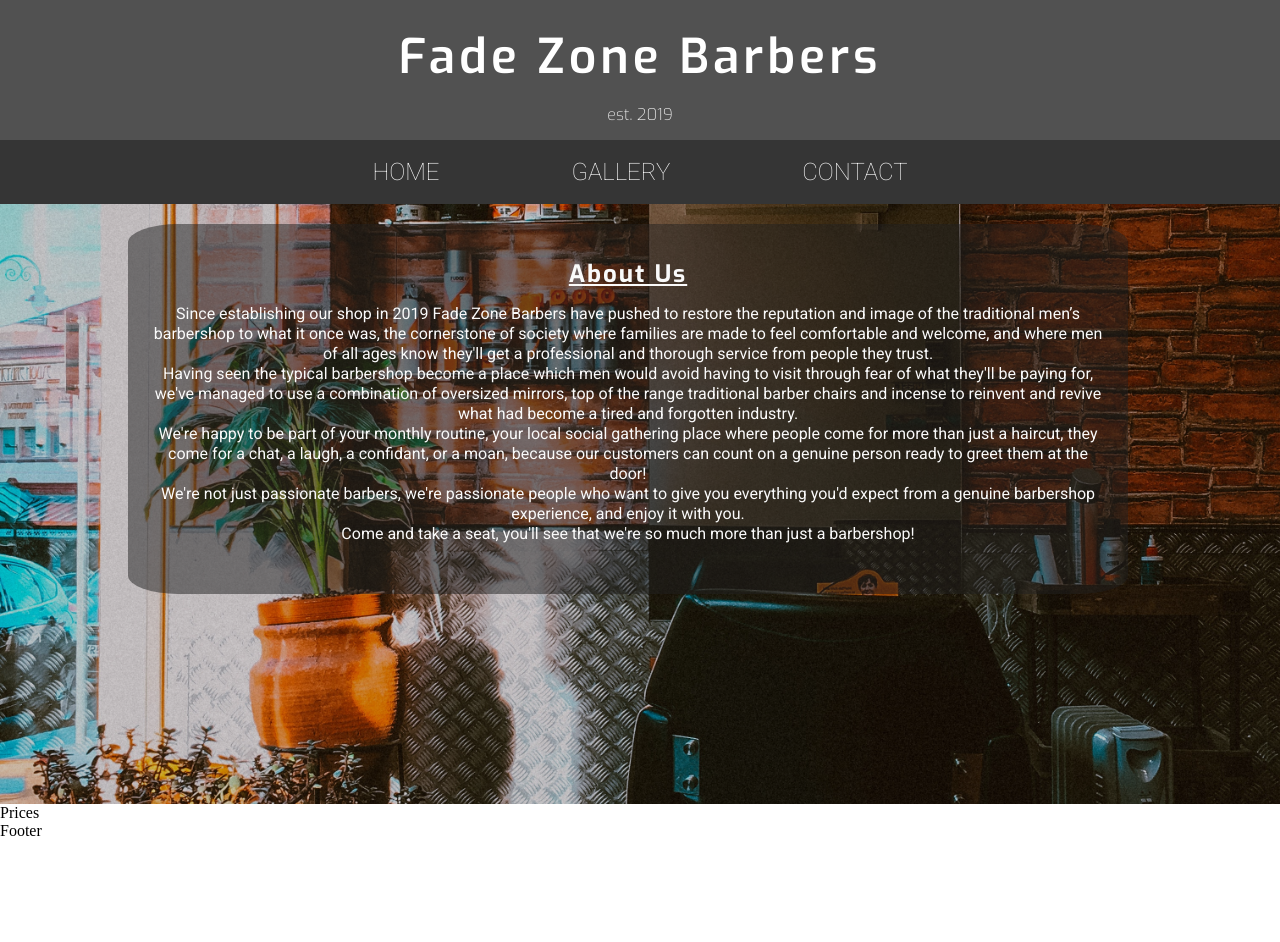
Repository: Boofy360/fade-zone-barbers
Page: index.html
The author's editor kept a record of every edit. The page is drawn from the files as they stood at one moment, then again after the next edit.
The browser window is 1280 px wide. The pictures show the whole page.

Above is the page before.

### index.html
<!DOCTYPE html>
<html lang="en">

<head>
    <meta charset="UTF-8">
    <meta name="viewport" content="width=device-width, initial-scale=1.0">
    <meta http-equiv="X-UA-Compatible" content="ie=edge">
    <link rel="stylesheet" href="assets/css/style.css" type="text/css" />
    <link rel="stylesheet" href="https://maxcdn.bootstrapcdn.com/font-awesome/4.7.0/css/font-awesome.min.css" type="text/css" />
    <link rel="stylesheet" href="https://cdnjs.cloudflare.com/ajax/libs/hover.css/2.3.1/css/hover-min.css" type="text/css" />
    <title>Document</title>
</head>

<body>
    <header>
        <div id="heading">
            <h1>Fade Zone Barbers</h1>
            <h2>est. 2019</h2>
            <!----------Figure out how to center---------->
        </div>
    </header>
    <nav>
        <ul id="navbar">
            <li>
                <a href="#">Home</a>
            </li>
            <li>
                <a href="#">Gallery</a>
            </li>
            <li>
                <a href="#">Contact</a>
            </li>
        </ul>
    </nav>
    <section>
        <div id="hero-outer">
            <div id="hero-image">
                <div id="cover-text">
                    <h2>About Us</h3>
                        <p>Since establishing our shop in 2019 Fade Zone Barbers have pushed to restore the reputation and image of the traditional men’s barbershop to what it once was, the cornerstone of society where families are made to feel comfortable
                            and welcome, and where men of all ages know they'll get a professional and thorough service from people they trust.<br>Having seen the typical barbershop become a place which men would avoid having to visit through fear of what
                            they'll be paying for, we've managed to use a combination of oversized mirrors, top of the range traditional barber chairs and incense to reinvent and revive what had become a tired and forgotten industry.<br>We're happy to be
                            part of your monthly routine, your local social gathering place where people come for more than just a haircut, they come for a chat, a laugh, a confidant, or a moan, because our customers can count on a genuine person ready
                            to greet them at the door!<br>We're not just passionate barbers, we're passionate people who want to give you everything you'd expect from a genuine barbershop experience, and enjoy it with you.<br>Come and take a seat, you'll see
                            that we're so much more than just a barbershop!
                        </p>
                </div>
            </div>
        </div>
    </section>
    <section>
        Prices
    </section>
    <footer>
        Footer
    </footer>
</body>

</html>

### assets/css/style.css
@import url('https://fonts.googleapis.com/css?family=Roboto:100,200,300,400,500,600,700|Exo:100,200,300,400,500,600,700');

/*--------------------------------------------Special paddings/margins/text*/

body {
    margin: 0;
    padding: 0;
    border: 0;
}

a:link {
    text-decoration: none!important;
}

/*--------------------------------------------Header*/

header {
    background-color: rgba(8, 8, 8, 0.7);
    font-family: "Exo", sans-serif;
    line-height: 50px;
    text-align: center;
}

#heading h1 {
    font-size: 300%;
    letter-spacing: 4px;
    color: #fff;
    font-weight: 600;
    margin: 0;
    padding: 32px 0 8px;
}

#heading h2 {
    font-size: 100%;
    color: #fafafa;
    font-weight: 200;
    margin: 0;
}

/*--------------------------------------------Navbar*/

#navbar {
    background-color: rgba(32, 32, 32, 0.9);
    list-style-type: none;
    margin: 0;
    padding: 0;
    float: none;
    text-align: center
}

#navbar li {
    display: inline-block;
}

#navbar li a {
    font-family: "Roboto", sans-serif;
    color: #fafafa;
    font-size: 150%;
    font-weight: 100;
    text-transform: uppercase;
    padding: 0 64px;
    text-decoration: none;
    display: inline;
    line-height: 64px;
    transition: all 0.35s ease-in-out;
    -moz-transition: all 0.35s ease-in-out;
    -webkit-transition: all 0.35s ease-in-out;
    -o-transition: all 0.35s ease-in-out;
}

#navbar li a:hover {
    color: #ffdf00;
}

/*--#navbar li a:active {
    border-bottom: 5px double #ffdf00;
}*/

/*--------------------------------------------About Us*/

#hero-image {
  background-image: linear-gradient(rgba(0, 0, 0, 0.2), rgba(0, 0, 0, 0.2)), url("../images/salon-chair-background.jpg");
  height: 600px;
  background-position: center;
  background-repeat: no-repeat;
  background-size: cover;
  position: relative;
}


#hero-outer {
    height: 600px;
    width: 100%;
    overflow: hidden;
}

#cover-text h2 {
    letter-spacing: 2px;
    font-family: "Exo", sans-serif;
    text-decoration: underline;


}

#cover-text {
    background-color: rgba(32,32,32,0.5);
    font-family: "Roboto", sans-serif;
    text-align: center;
    color: #fafafa;
    line-height: 20px;
    width: 75%;
    height: 55%;
    border-radius: 5%;
    padding: 20px 20px;
    bottom: 35%;
    left: 10%;
    position: absolute;
}

.section-heading {

    letter-spacing: 2px;
    color: #fafafa;
    text-decoration: underline;
    padding-top: 20px;
    text-align: center;
}

.section-column {
    background-color: black;
    display: table-cell;
    float: none;
    color: white;
}

.section-content {
    text-align: center;
}

.content-img {
    width: 100%;
    height: auto;
    padding-top: 2%;
}

/*--------------------------------------------Footer*/

footer {
    min-height: 120px;
    margin: 0;
}

.footer-heading {
    font-family: "Roboto", sans-serif;
    letter-spacing: 2px;
    color: #fafafa;
    text-decoration: underline;
    padding-top: 20px;
    text-align: center;
}

.footer-content {
    color: #fff;
    padding: 12px 0;
    text-align: center;
}

.social-links {
    padding-bottom: 15px;
    list-style: none;
}

.social-links li a i {
    width: 32px;
    height: 32px;
    padding: 14px 0;
    margin: 8px;
    border-radius: 50%;
    font-size: 1em;
    line-height: 7px;
    text-align: center;
    color: #fafafa;
    background: #8f8f8f;
    transition: all 0.35s ease-in-out;
    -moz-transition: all 0.35s ease-in-out;
    -webkit-transition: all 0.35s ease-in-out;
    -o-transition: all 0.35s ease-in-out;
}

.social-links li a i:hover {
    background: #d4af37
}

After the next edit:
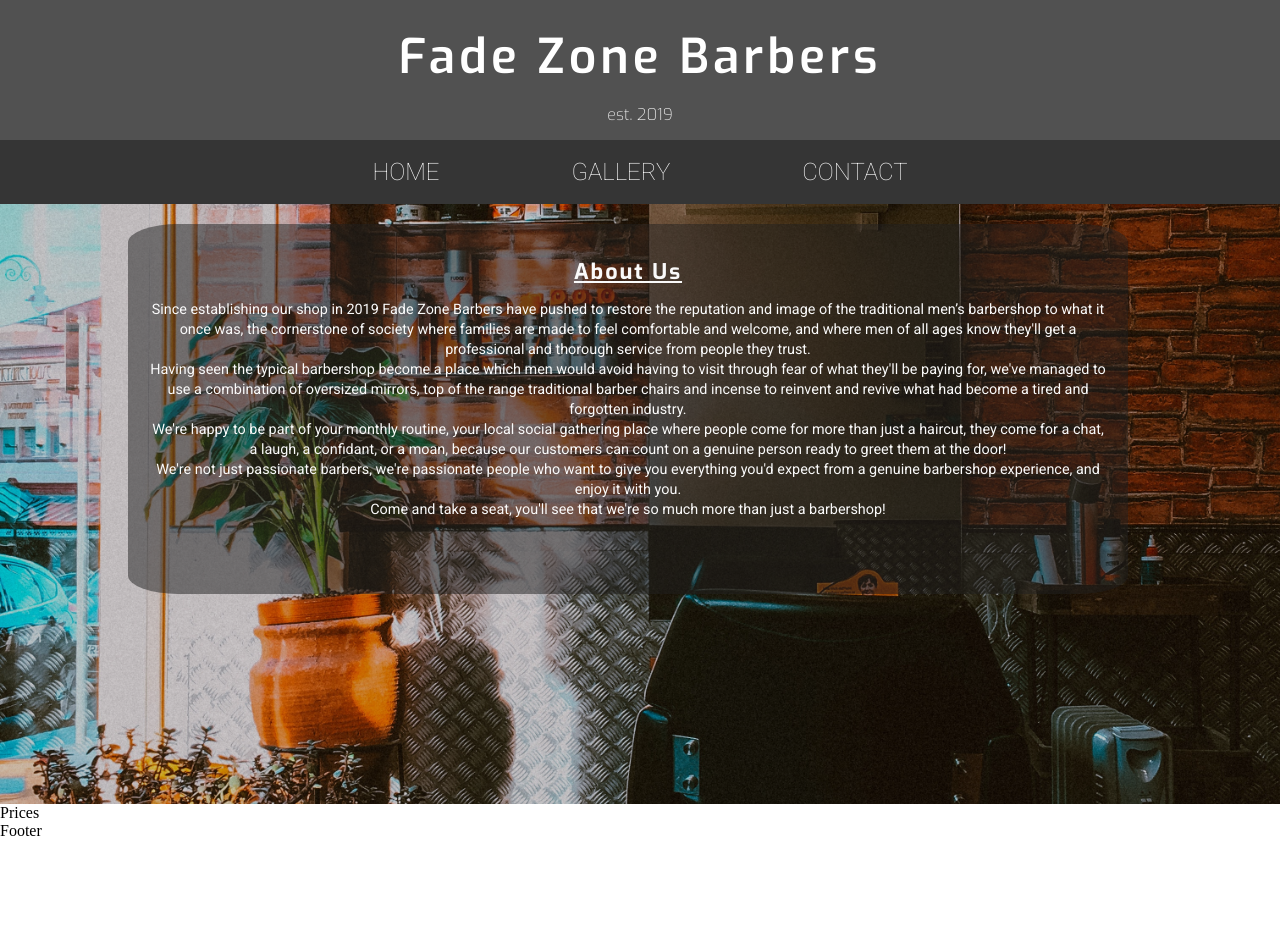
The edit:
--- a/assets/css/style.css
+++ b/assets/css/style.css
@@ -105,6 +105,7 @@
 #cover-text {
     background-color: rgba(32,32,32,0.5);
     font-family: "Roboto", sans-serif;
+    font-size: 2vh;
     text-align: center;
     color: #fafafa;
     line-height: 20px;
